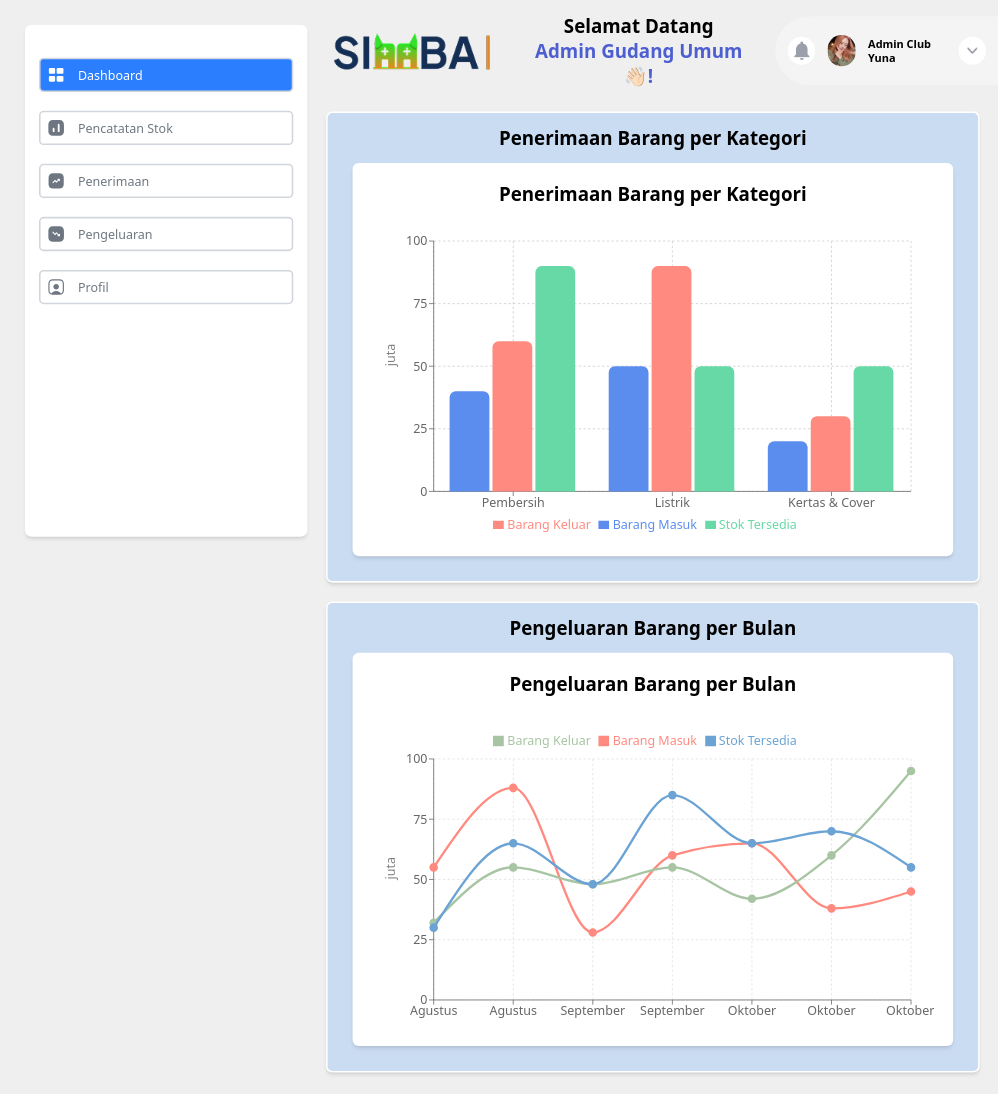
Repository: Gokerwow/inventory-fe
Page: /
These files come from the project's save history. The page is drawn as it stood at one moment and after the next save; the edit follows.
The browser window is 1280 px wide. The pictures show the whole page, at 78% of full size.
The project was rebuilt for these pictures with package versions that can differ from the ones it lists, and the page was loaded fresh each time. Also part of the build but not shown: vite.config.ts, src/pages/stokBarang.tsx, src/pages/penerimaan.tsx, src/pages/pengeluaran.tsx, src/pages/profil.tsx.

Above is the page before, as saved 2025-10-15 15:36:02.

After the next save:
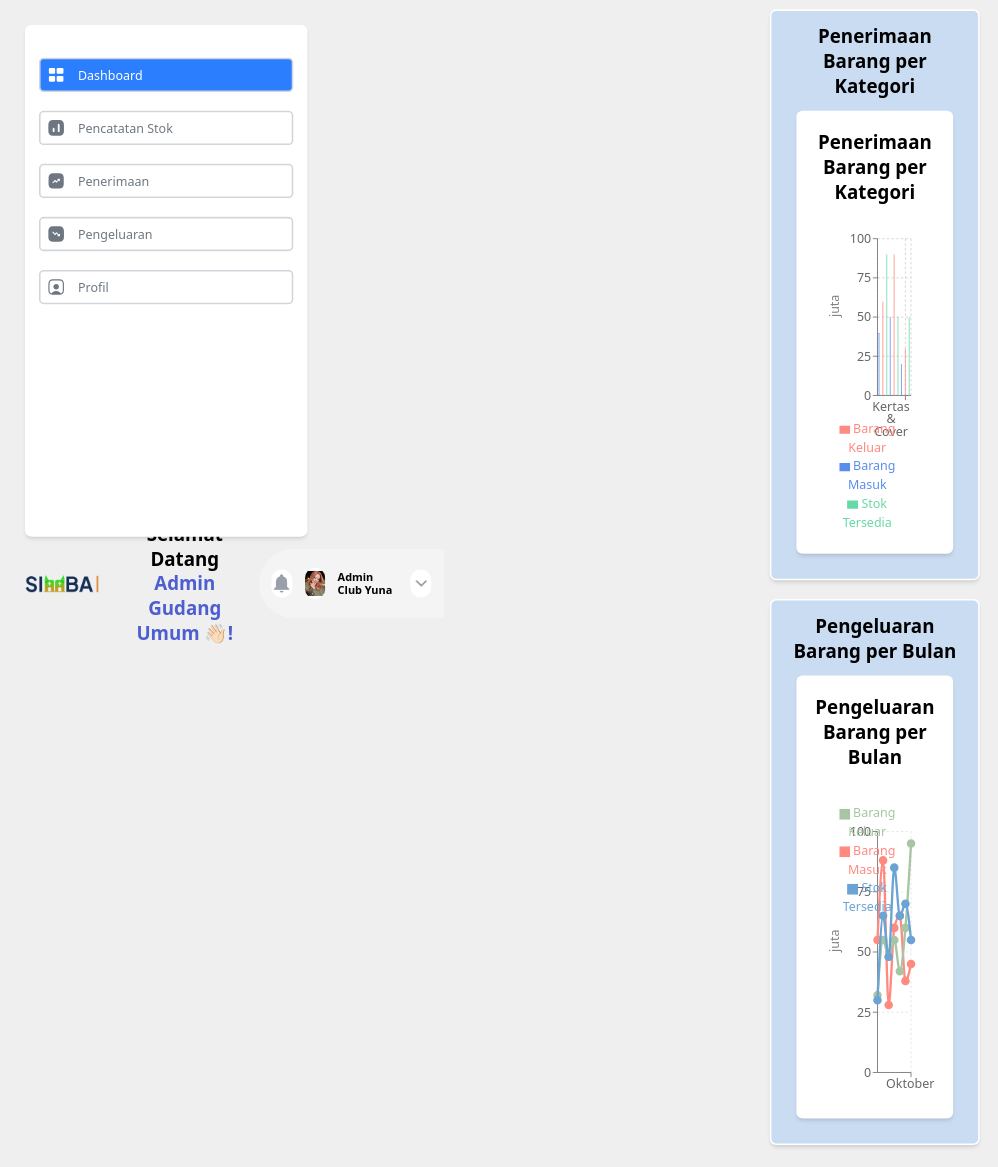
Saved 14 s later.
--- a/src/components/layout.tsx
+++ b/src/components/layout.tsx
@@ -8,6 +8,7 @@ function Layout() {
         <div className="flex flex-col h-screen">
 
             <div className='flex'>
+                    <TopBar />
                 {/* Sidebar  */}
                 <div className='p-4 h-screen fixed top-0 left-0 flex flex-col w-[394px] z-10'>
                     <SideBar />
@@ -15,7 +16,6 @@ function Layout() {
 
                 {/* Content Area */}
                 <div className="flex flex-col flex-1 ml-[394px]">
-                    <TopBar />
                     <div className="flex-1 overflow-auto mb-4  p-3 px-6">
                         <Outlet/>
                     </div>
